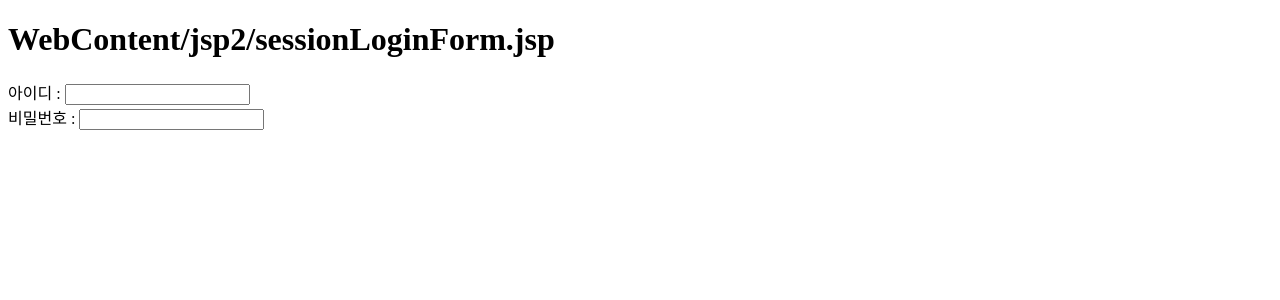
Repository: ReadStar/workspace_jsp
Page: http://localhost/StudyJSP/jsp2/sessionLoginForm.jsp
The author's editor kept a copy of each file at every save. The page is drawn from the files as they stood at one save, then again after the next save.
The browser window is 1280 px wide. The pictures show the whole page.
The page is served by Tomcat 9.

Above is the page before, as saved 2020-08-14 01:26:28.

After the next save:
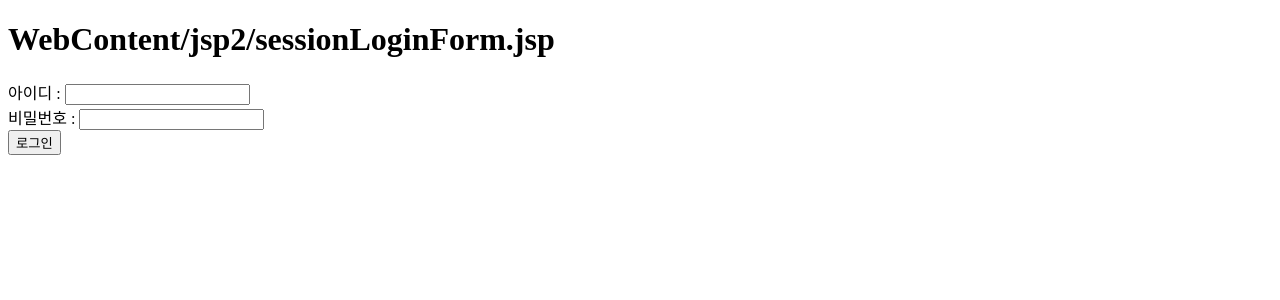
Saved 19 s later.
--- a/StudyJSP/WebContent/jsp2/sessionLoginForm.jsp
+++ b/StudyJSP/WebContent/jsp2/sessionLoginForm.jsp
@@ -11,6 +11,7 @@
 <form action="sessionLoginPro,.jsp" method="post">
 아이디 : <input type="text" name="id"><br>
 비밀번호 : <input type="text" name="pass"><br>
+<input type="submit" value="로그인"><br>
 </form>
 </body>
 </html>
